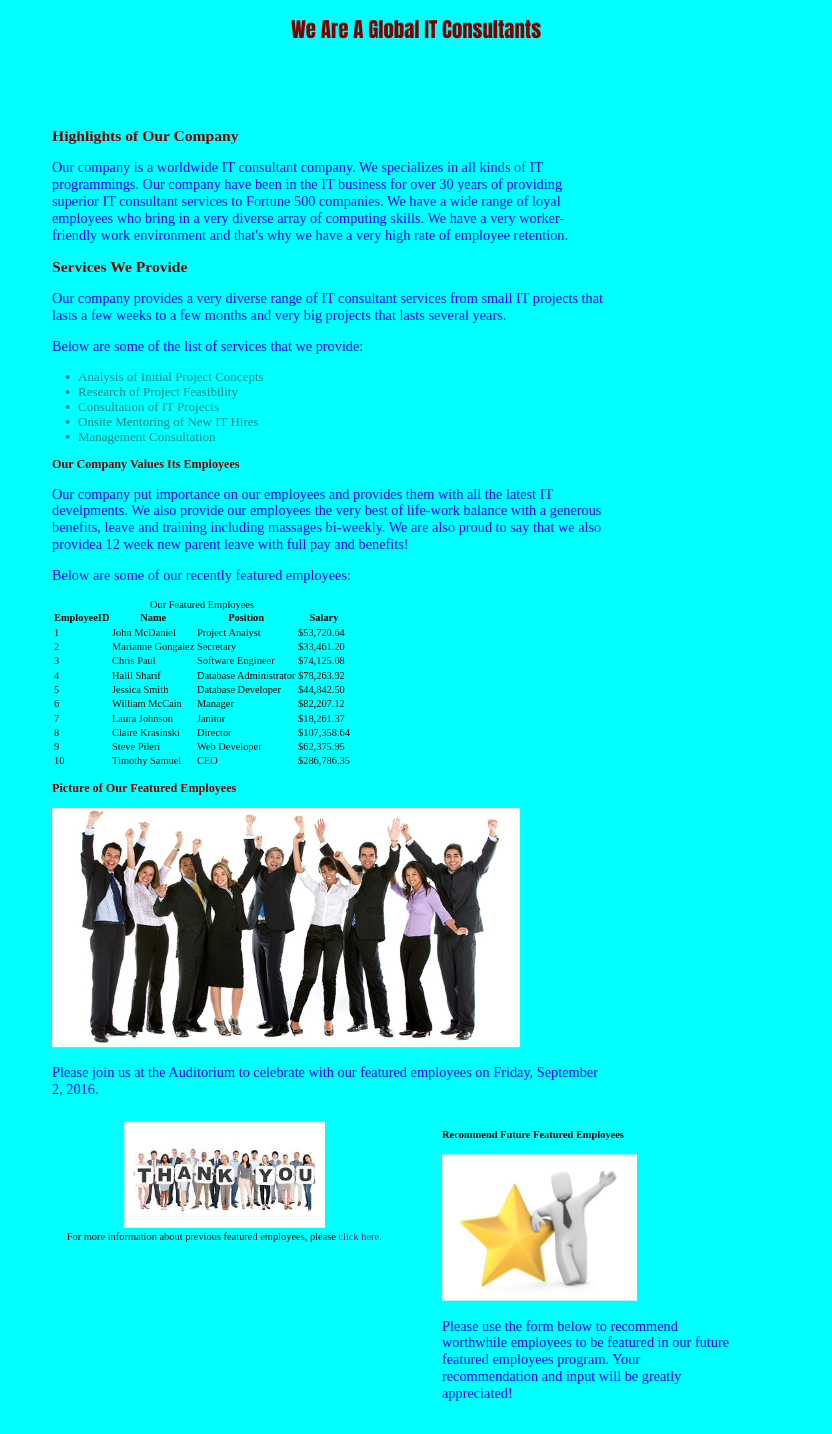
Repository: myjavaweb2/Week5JDBCAssignments
Page: http://localhost/myweek4project/
These files come from the project's save history. The page is drawn as it stood at one moment and after the next save; the edit follows.
The browser window is 1280 px wide. The pictures show the whole page, at 65% of full size.
The page is served by Tomcat 9. Other server files are loaded and not shown.

Above is the page before, as saved 2016-08-26 18:04:03.

### myweek4project/src/main/webapp/index.html
<!DOCTYPE html>
<html>
<head>
<meta charset="ISO-8859-1">
<link rel="stylesheet" href="styles.css" />
<title>Employees at the New World Company</title>
</head>
<body>

<header>
<h1>We Are A Global IT Consultants</h1>
</header>

<main>

<div>
<h2>Highlights of Our Company</h2>

<p>Our company is a worldwide IT consultant company. We specializes in all kinds of IT programmings.
Our company have been in the IT business for over 30 years of providing superior IT consultant
services to Fortune 500 companies. We have a wide range of loyal employees who bring in a very
diverse array of computing skills. We have a very worker-friendly work environment and that's
why we have a very high rate of employee retention.</p>

<h2>Services We Provide</h2>

<p>Our company provides a very diverse range of IT consultant services from small IT projects that lasts
a few weeks to a few months and very big projects that lasts several years.</p>

<p>Below are some of the list of services that we provide:</p>

<ul>
	<li>Analysis of Initial Project Concepts</li>
	<li>Research of Project Feasibility</li>
	<li>Consultation of IT Projects</li>
	<li>Onsite Mentoring of New IT Hires</li>
	<li>Management Consultation</li>
</ul>
</div>

<div>
<h3>Our Company Values Its Employees</h3>

<p>Our company put importance on our employees and provides them with all the latest IT develpments.
We also provide our employees the very best of life-work balance with a generous benefits, leave and
training including massages bi-weekly. We are also proud to say that we also providea 12 week new
parent leave with full pay and benefits!</p>

<p>Below are some of our recently featured employees:</p>

<table>
	<caption>Our Featured Employees</caption>
		<tr>
			<th>EmployeeID</th>
			<th>Name</th>
			<th>Position</th>
			<th>Salary</th>
		</tr>
		<tr>
			<td>1</td>
			<td>John McDaniel</td>
			<td>Project Analyst</td>
			<td>$53,720.64</td>
		</tr>
		<tr>
			<td>2</td>
			<td>Marianne Gongalez</td>
			<td>Secretary</td>
			<td>$33,461.20</td>
		</tr>
		<tr>
			<td>3</td>
			<td>Chris Paul</td>
			<td>Software Engineer</td>
			<td>$74,125.08</td>
		</tr>
		<tr>
			<td>4</td>
			<td>Halil Sharif</td>
			<td>Database Administrator</td>
			<td>$78,263.92</td>
		</tr>
		<tr>
			<td>5</td>
			<td>Jessica Smith</td>
			<td>Database Developer</td>
			<td>$44,842.50</td>
		</tr>
		<tr>
			<td>6</td>
			<td>William McCain</td>
			<td>Manager</td>
			<td>$82,207.12</td>
		</tr>
		<tr>
			<td>7</td>
			<td>Laura Johnson</td>
			<td>Janitor</td>
			<td>$18,261.37</td>
		</tr>
		<tr>
			<td>8</td>
			<td>Claire Krasinski</td>
			<td>Director</td>
			<td>$107,358.64</td>
		</tr>
		<tr>
			<td>9</td>
			<td>Steve Pileri</td>
			<td>Web Developer</td>
			<td>$62,375.95</td>
		</tr>
		<tr>
			<td>10</td>
			<td>Timothy Samuel</td>
			<td>CEO</td>
			<td>$286,786.35</td>
		</tr>

</table>

<h3>Picture of Our Featured Employees</h3>

<img alt="Snap of Employees" src="images/employees.jpg">

<p>Please join us at the Auditorium to celebrate with our featured employees
on Friday, September 2, 2016.</p>

</div>

</main>

<aside>
<h4>Recommend Future Featured Employees</h4>

<img alt="Employee Pride" src="images/employee_pride.jpg" width="300px">

<p>Please use the form below to recommend worthwhile employees to be featured
in our future featured employees program. Your recommendation and input will
be greatly appreciated!</p>


</aside>

<footer>
<img alt="Employees Appreciation" src="images/employees2.jpg"><br>

For more information about previous featured employees, please
<a href="http://www.prnewswire.com/news-releases/video-production-agency-rep-interactive-wins-inccoms-50-best-workplaces-award-300317746.html">
click here.</a>
</footer>



</body>
</html>

### myweek4project/src/main/webapp/styles.css
html, body {
	margin: 0;
	padding: 0;
	border: 0;
	font-size: 100%;
	background-color: aqua;
}

header {
	height: 135px;
}

main {
	width: 850px;
	background-color: aqua;
	float: left;
	padding-left: 0;
	padding-right: 0;
	position: relative;
	right: 20px;
  	left: 80px;
  	top: 20px;
  	bottom: 15px;
}

aside {
	width: 450px;
	background-color: aqua;
	float: right;
	padding: 25px;
	padding-right: 150px;
}

footer {
	clear: left;
	padding: 35px;
	border: 5px;
	text-align: center;
}

p {
	font-style: Times New Roman, Tahoma, sans serif;
	font-size: 22px;
	color: blue;
}

h1, h2, h3 {
	font-family: fantasy, serif;
	color:maroon;
}

h1 {
	font-family: "Helvetica-Bold",Impact, sans serif;
	text-align: center;

}

ul {
	color:teal;
	font-size: 20px;
}
a {
	color: purple;
	text-decoration: none;
}

After the next save:
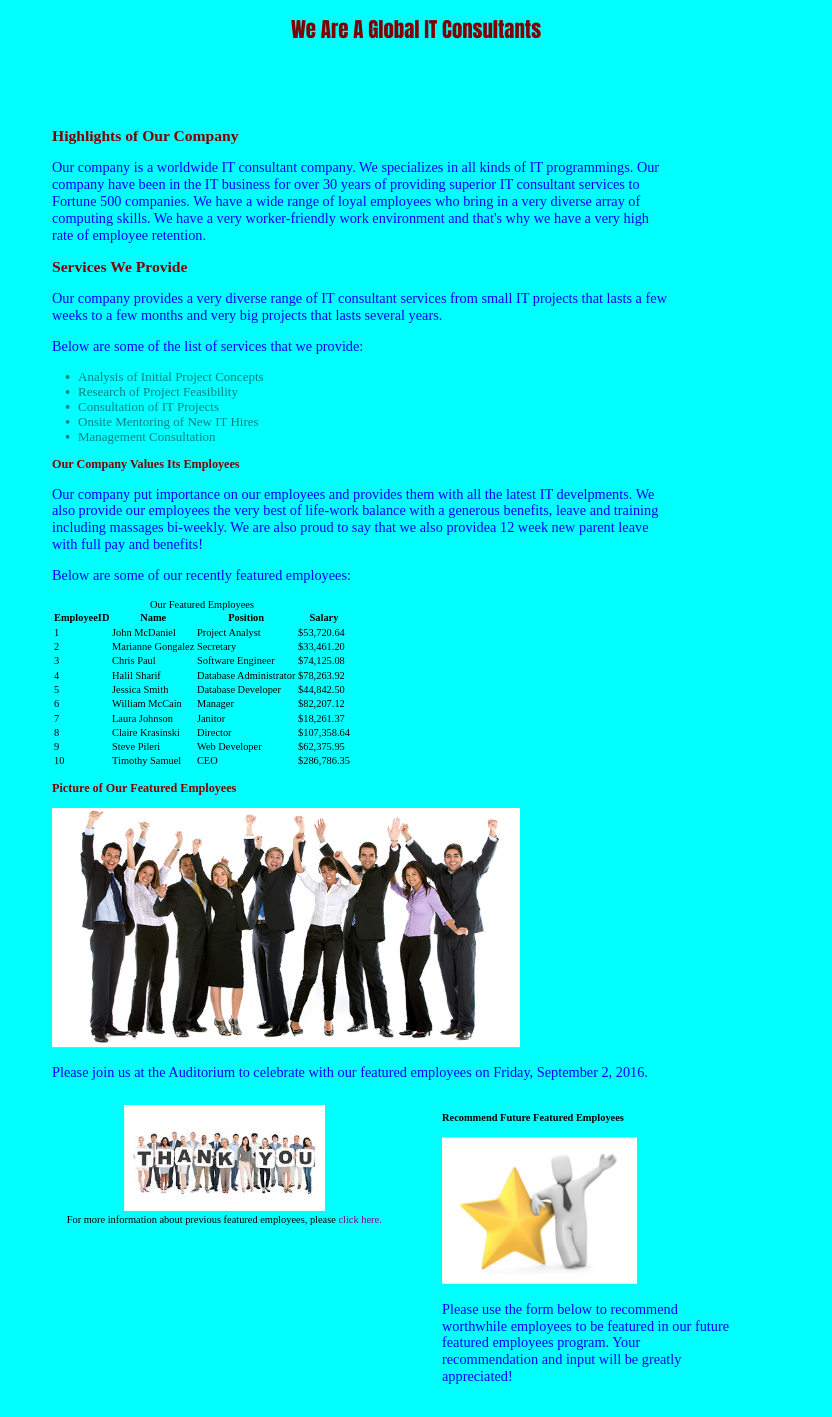
Saved 34 s later.
--- a/myweek4project/src/main/webapp/styles.css
+++ b/myweek4project/src/main/webapp/styles.css
@@ -11,7 +11,7 @@ header {
 }
 
 main {
-	width: 850px;
+	width: 950px;
 	background-color: aqua;
 	float: left;
 	padding-left: 0;
